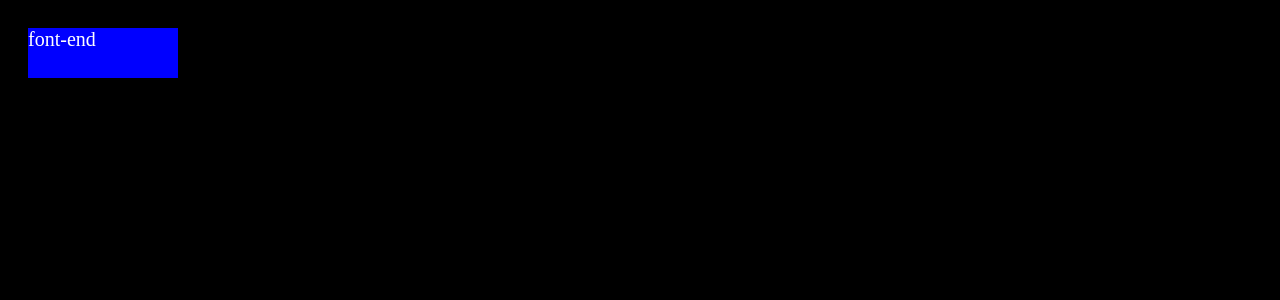
Repository: 16-Doffy/howtouse-htmlcss
Page: boxing_size/index.html
The author's editor kept a copy of each file at every save. The page is drawn from the files as they stood at one save, then again after the next save.
The browser window is 1280 px wide. The pictures show the whole page.

Above is the page before, as saved 2024-12-18 20:46:51.

After the next save:
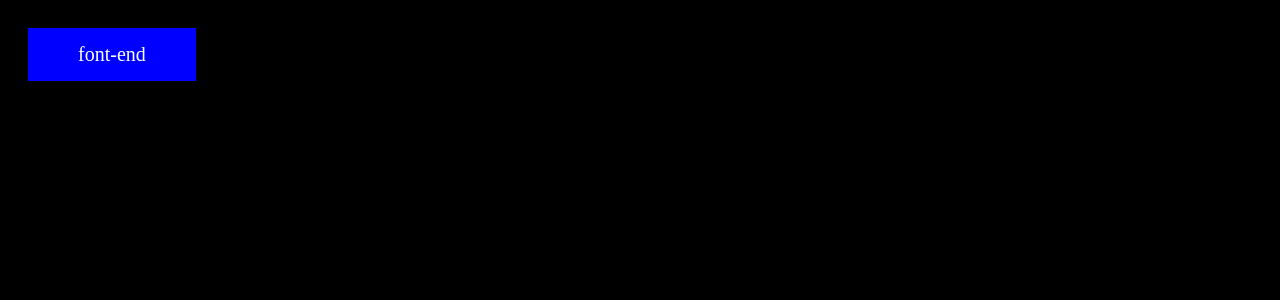
Saved 60 s later.
--- a/boxing_size/styles.css
+++ b/boxing_size/styles.css
@@ -16,11 +16,12 @@ body{
 
 .button{
   display: inline-block;
-  height: 50px;
-  width: 150px;
+  /* height: 50px;
+  width: 150px; */
   background-color: blue;
   color: white;
   outline: none;
   border: none;
   font-size: 20px;
+  padding:15px 50px;
 }
